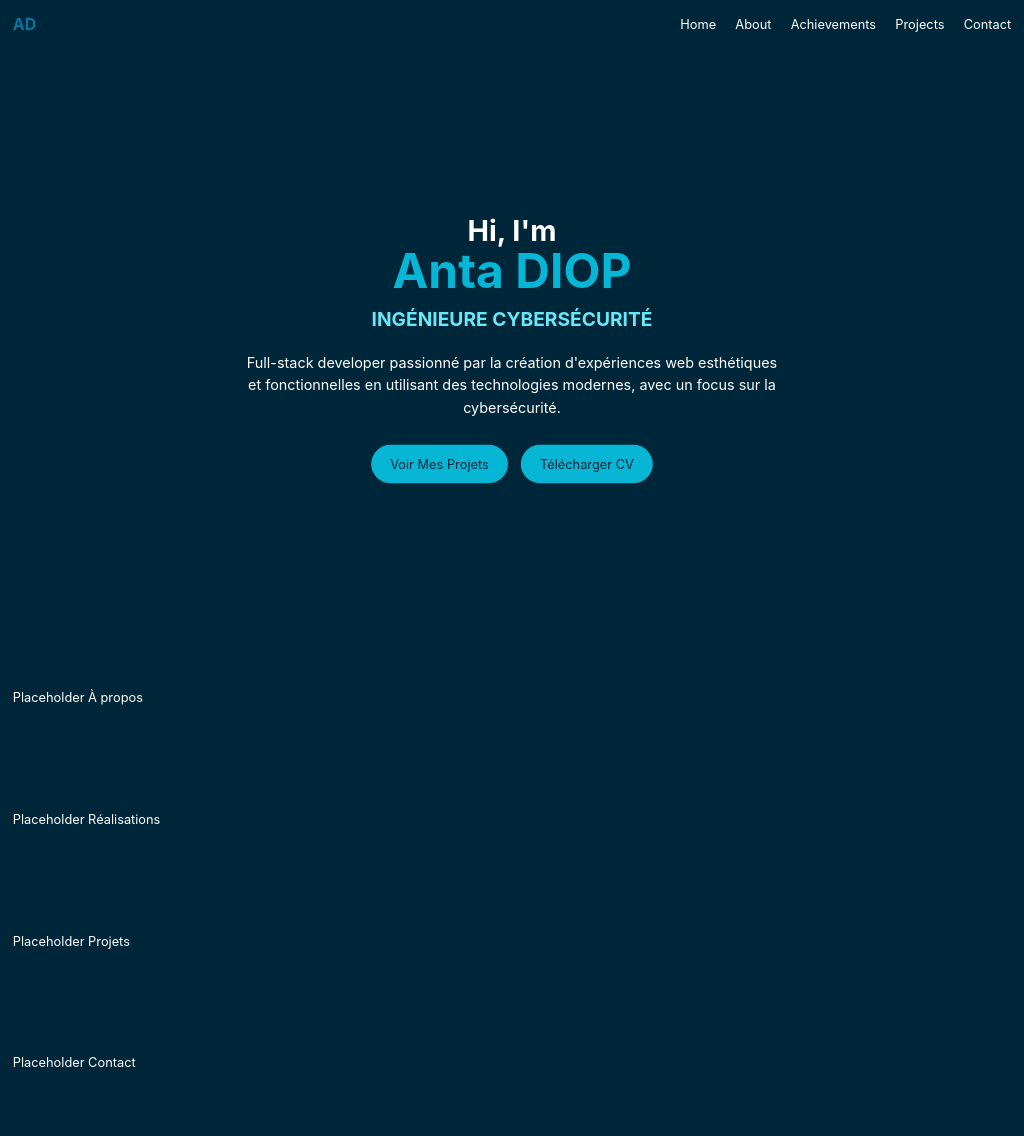
Repository: AntaaaKD/Mon-Portfolio
Page: /
These files come from the project's save history. The page is drawn as it stood at one moment and after the next save; the edit follows.
The browser window is 1280 px wide. The pictures show the whole page, at 80% of full size.
The project was rebuilt for these pictures with package versions that can differ from the ones it lists, and the page was loaded fresh each time.

Above is the page before, as saved 2026-01-14 18:48:32.

### src/App.js
import React from 'react';
import Navbar from './components/Navbar';
import Home from './components/Home';  // Ajoute cet import

function App() {
  return (
    <div className="min-h-screen bg-custom-blue text-white">
      <Navbar />
      <main className="container mx-auto p-4">
        <Home />  {/* Remplace le placeholder */}
        <section id="about" className="py-16">Placeholder À propos</section>
        <section id="achievements" className="py-16">Placeholder Réalisations</section>
        <section id="projects" className="py-16">Placeholder Projets</section>
        <section id="contact" className="py-16">Placeholder Contact</section>
      </main>
    </div>
  );
}

export default App;

### src/components/Navbar.jsx
import React, { useState, useEffect } from 'react';

const Navbar = () => {
  const [scrolled, setScrolled] = useState(false);

  useEffect(() => {
    const handleScroll = () => {
      if (window.scrollY > 50) {
        setScrolled(true);
      } else {
        setScrolled(false);
      }
    };

    window.addEventListener('scroll', handleScroll);
    return () => window.removeEventListener('scroll', handleScroll);
  }, []);

  return (
    <nav
        className={`p-4 sticky top-0 z-10 transition-all duration-300 ${
            scrolled
            ? 'bg-custom-blue bg-opacity-0 backdrop-blur-md'  // Semi-transparent (30%) + blur fort
            : 'bg-custom-blue'  // Bleu solide au top
        }`}
    >
        <div className="container mx-auto flex justify-between items-center">
            <h1 className="text-xl font-bold text-blue-text">AD</h1>
            <ul className="flex space-x-6 text-white">
            <li><a href="#home" className="hover:text-cyan-300">Home</a></li>
            <li><a href="#about" className="hover:text-cyan-300">About</a></li>
            <li><a href="#achievements" className="hover:text-cyan-300">Achievements</a></li>
            <li><a href="#projects" className="hover:text-cyan-300">Projects</a></li>
            <li><a href="#contact" className="hover:text-cyan-300">Contact</a></li>
            </ul>
        </div>
    </nav>
  );
};

export default Navbar;

### src/components/Home.jsx
import React from 'react';

const Home = () => {
  return (
    <section id="home" className="flex flex-col items-center justify-center h-screen text-center px-4">
      <h1 className="text-4xl font-bold"> Hi, I'm</h1><h1 className="text-6xl font-bold text-cyan-500 mb-4">Anta DIOP</h1>
      <h2 className="text-2xl font-bold text-cyan-300 mb-6">INGÉNIEURE CYBERSÉCURITÉ</h2>
      <p className="text-lg mb-8 max-w-2xl">Full-stack developer passionné par la création d'expériences web esthétiques et fonctionnelles en utilisant des technologies modernes, avec un focus sur la cybersécurité.</p>
      <div className="flex space-x-4">
        <a href="#projects" className="bg-cyan-500 text-custom-blue px-6 py-3 rounded-full hover:bg-cyan-400 transition">Voir Mes Projets</a>
        <a href="/cv.pdf" download className="bg-cyan-500 text-custom-blue px-6 py-3 rounded-full hover:bg-cyan-400 transition">Télécharger CV</a>
      </div>
    </section>
  );
};

export default Home;

### tailwind.config.js
/** @type {import('tailwindcss').Config} */
module.exports = {
  content: [
    "./src/**/*.{js,jsx,ts,tsx}",
  ],
  theme: {
    extend: {
      colors: {
        'custom-blue': 'rgb(0, 38, 58)',  // Ton bleu exact ici
        'blue-text': 'rgb(1, 120, 160)',
      },
    },
  },
  plugins: [],
};

Loaded but not shown: public/index.html (common file); src/index.js (common file); src/index.css (common file); src/reportWebVitals.js (common file)

After the next save:
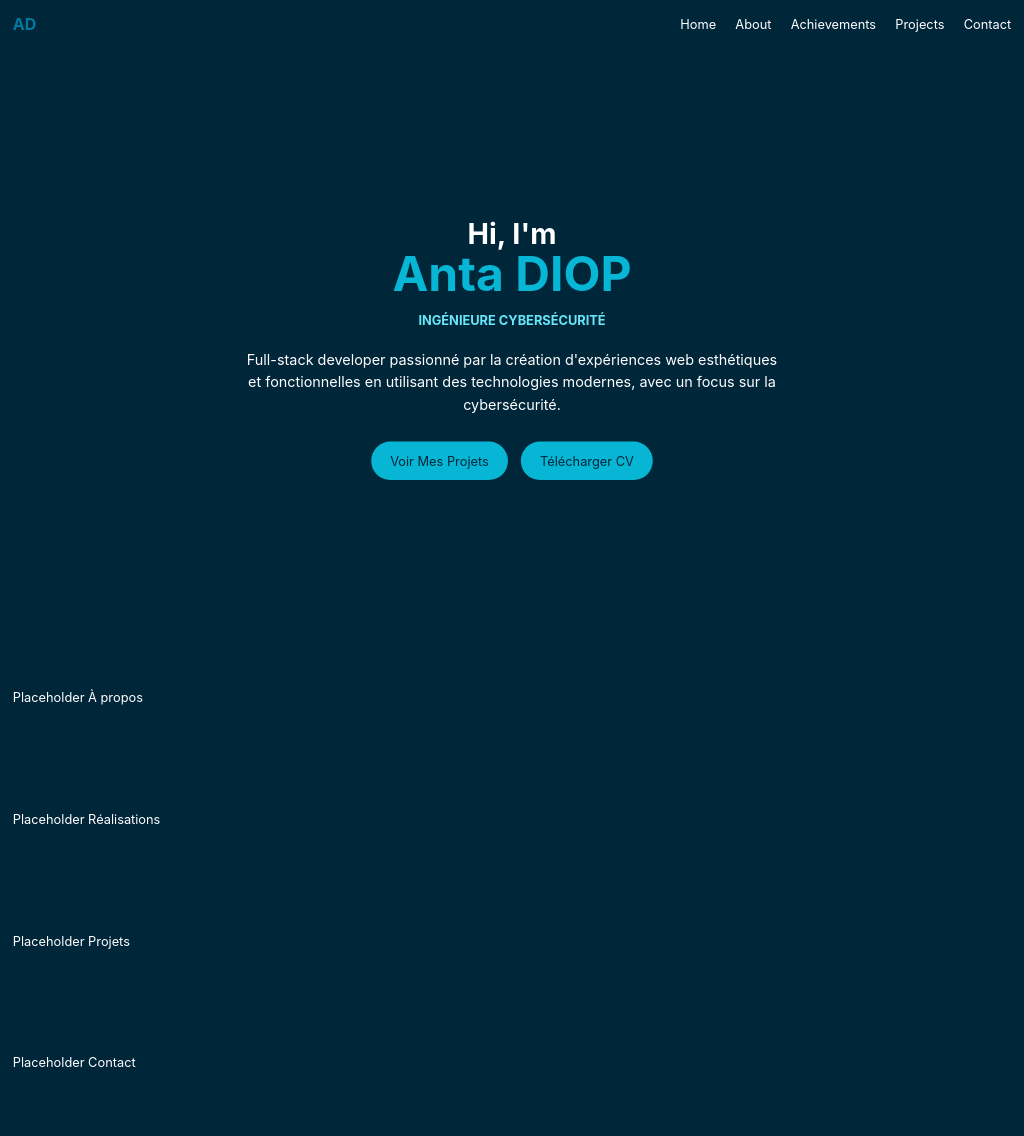
Saved 8 s later.
--- a/src/components/Home.jsx
+++ b/src/components/Home.jsx
@@ -4,7 +4,7 @@ const Home = () => {
   return (
     <section id="home" className="flex flex-col items-center justify-center h-screen text-center px-4">
       <h1 className="text-4xl font-bold"> Hi, I'm</h1><h1 className="text-6xl font-bold text-cyan-500 mb-4">Anta DIOP</h1>
-      <h2 className="text-2xl font-bold text-cyan-300 mb-6">INGÉNIEURE CYBERSÉCURITÉ</h2>
+      <h2 className="text-1xl font-bold text-cyan-300 mb-6">INGÉNIEURE CYBERSÉCURITÉ</h2>
       <p className="text-lg mb-8 max-w-2xl">Full-stack developer passionné par la création d'expériences web esthétiques et fonctionnelles en utilisant des technologies modernes, avec un focus sur la cybersécurité.</p>
       <div className="flex space-x-4">
         <a href="#projects" className="bg-cyan-500 text-custom-blue px-6 py-3 rounded-full hover:bg-cyan-400 transition">Voir Mes Projets</a>
